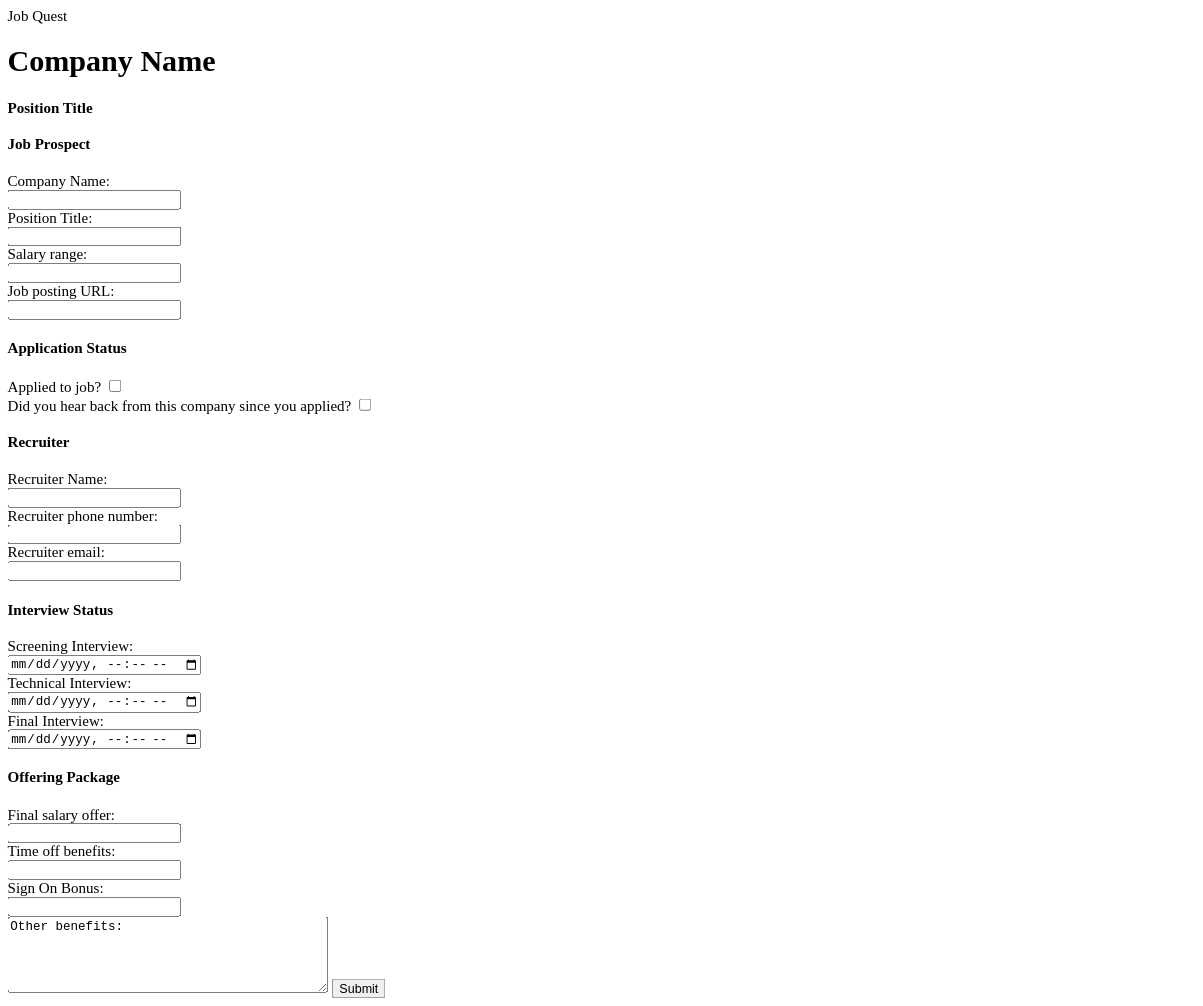
Repository: AllSystemsRGeorge/Job-Quest
Page: utils/mainPageHelper.html
These files come from the project's save history. The page is drawn as it stood at one moment and after the next save; the edit follows.
The browser window is 1280 px wide. The pictures show the whole page, at 94% of full size.

Above is the page before, as saved 2022-08-05 17:23:20.

After the next save:
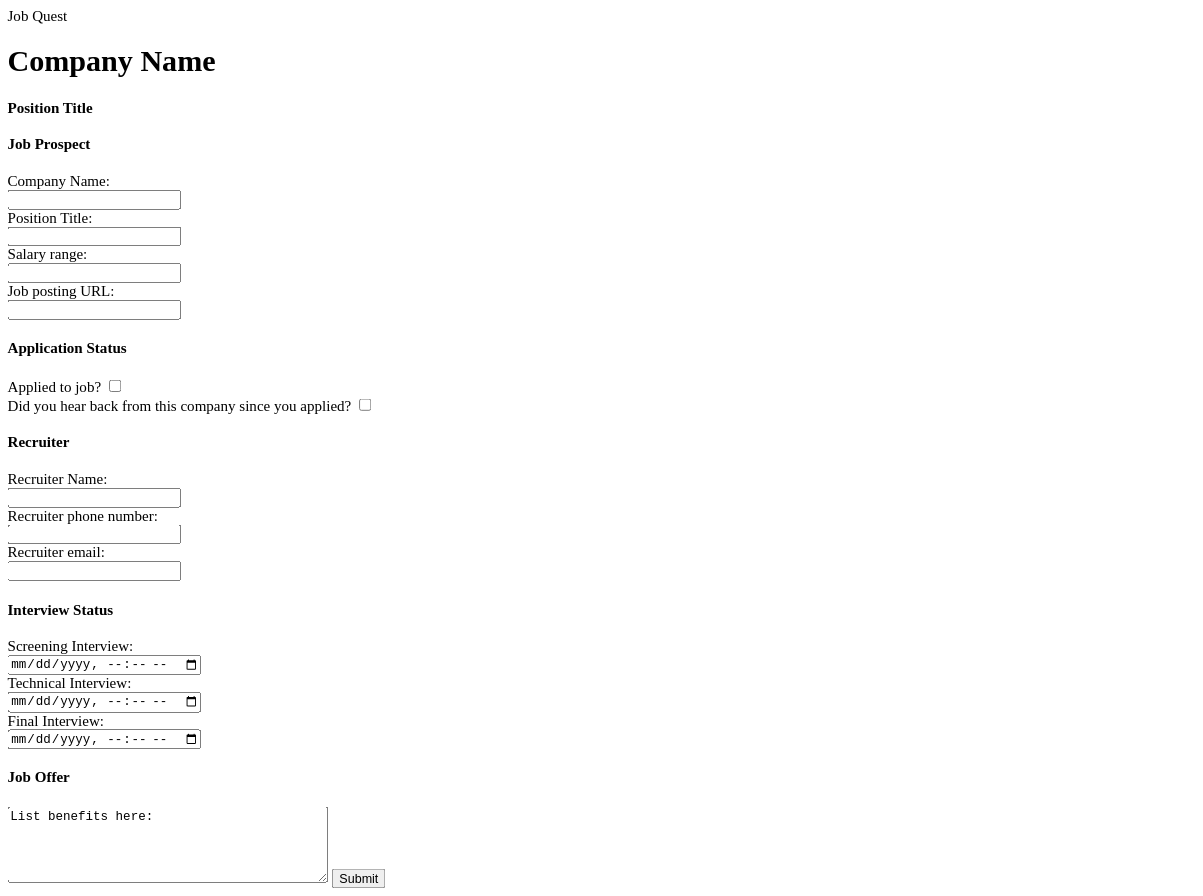
Saved 44 s later.
--- a/utils/mainPageHelper.html
+++ b/utils/mainPageHelper.html
@@ -52,16 +52,10 @@
         <input type="datetime-local" name="finalInt"><br>
 
         <!-- hiring process -->
-        <h4>Offering Package</h4>
-        <label for="finalSalary">Final salary offer:</label><br>
-        <input type="number" name="finalSalary"><br>
-        <label for="finalSalary">Time off benefits:</label><br>
-        <input type="text" name="finalSalary"><br>
-        <label for="stockOpt">Sign On Bonus:</label><br>
-        <input type="number" name="finalSalary"><br>
-        <textarea name="otherBenefits" id="" cols="40" rows="5">Other benefits:</textarea>
+        <h4>Job Offer</h4>
+        <textarea name="jobOffer" id="" cols="40" rows="5">List benefits here:</textarea>
 
         <input type="submit">
-    </form>
+      </form>
 </body>
 </html>
